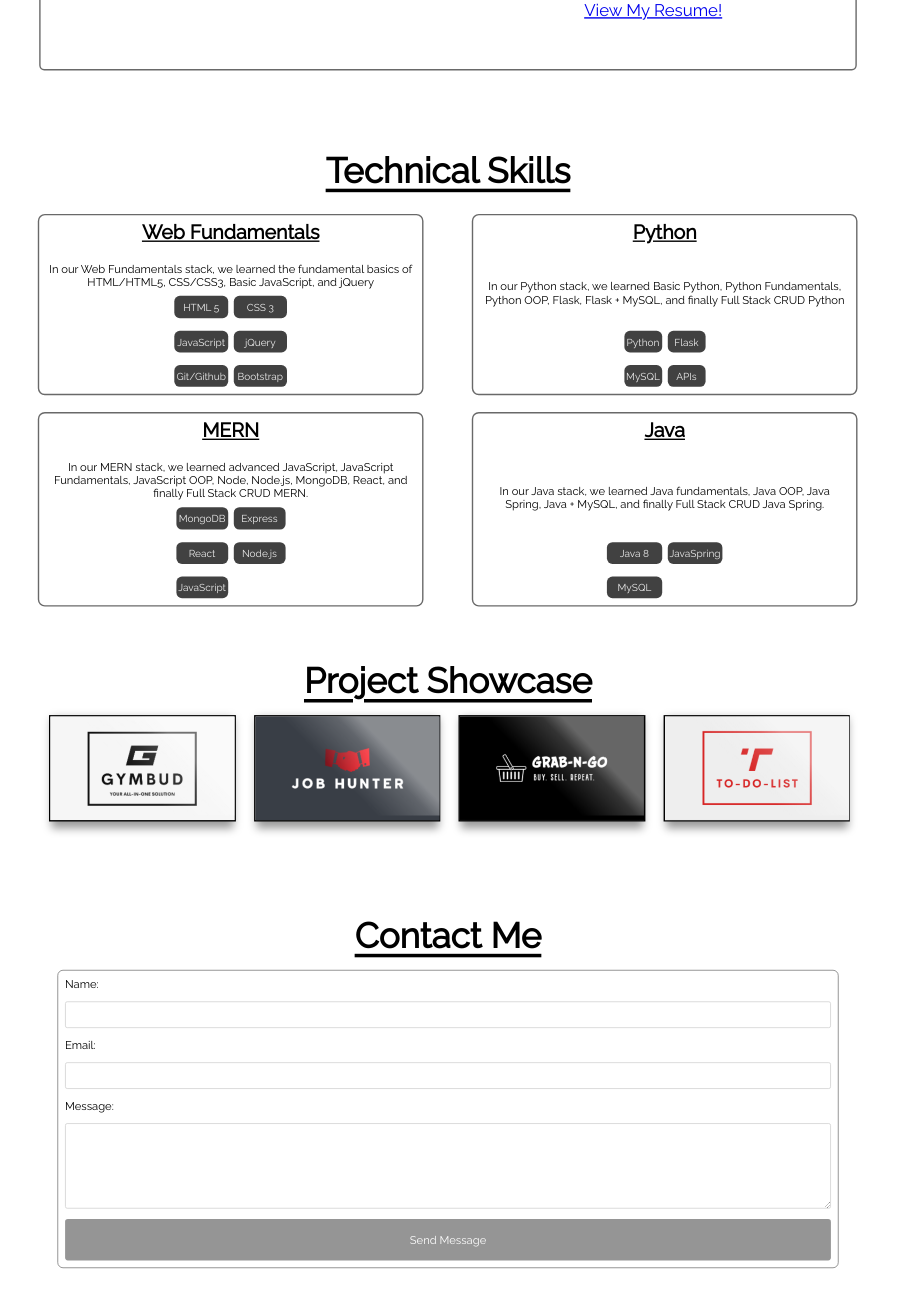
Repository: RICHIE-YIN/Personal-Portfolio
Page: index.html
An editor plug-in stored every save of this project. The page is shown before and after the next save, followed by the edit.
The browser window is 1280 px wide. The page is 1280 px wide, then 1320 px, so the pictures cover 1320 px, including what lies to the right of the window. The pictures show the part of the page from y = 2351 to 4231 px (the page is 4220 px tall before and 4231 px after), at 70% of full size.
Some web fonts or font styles are not loaded; a fallback is used.

Above is the page before, as saved 2023-06-12 17:44:45.
Console error: ReferenceError: $ is not defined

After the next save:
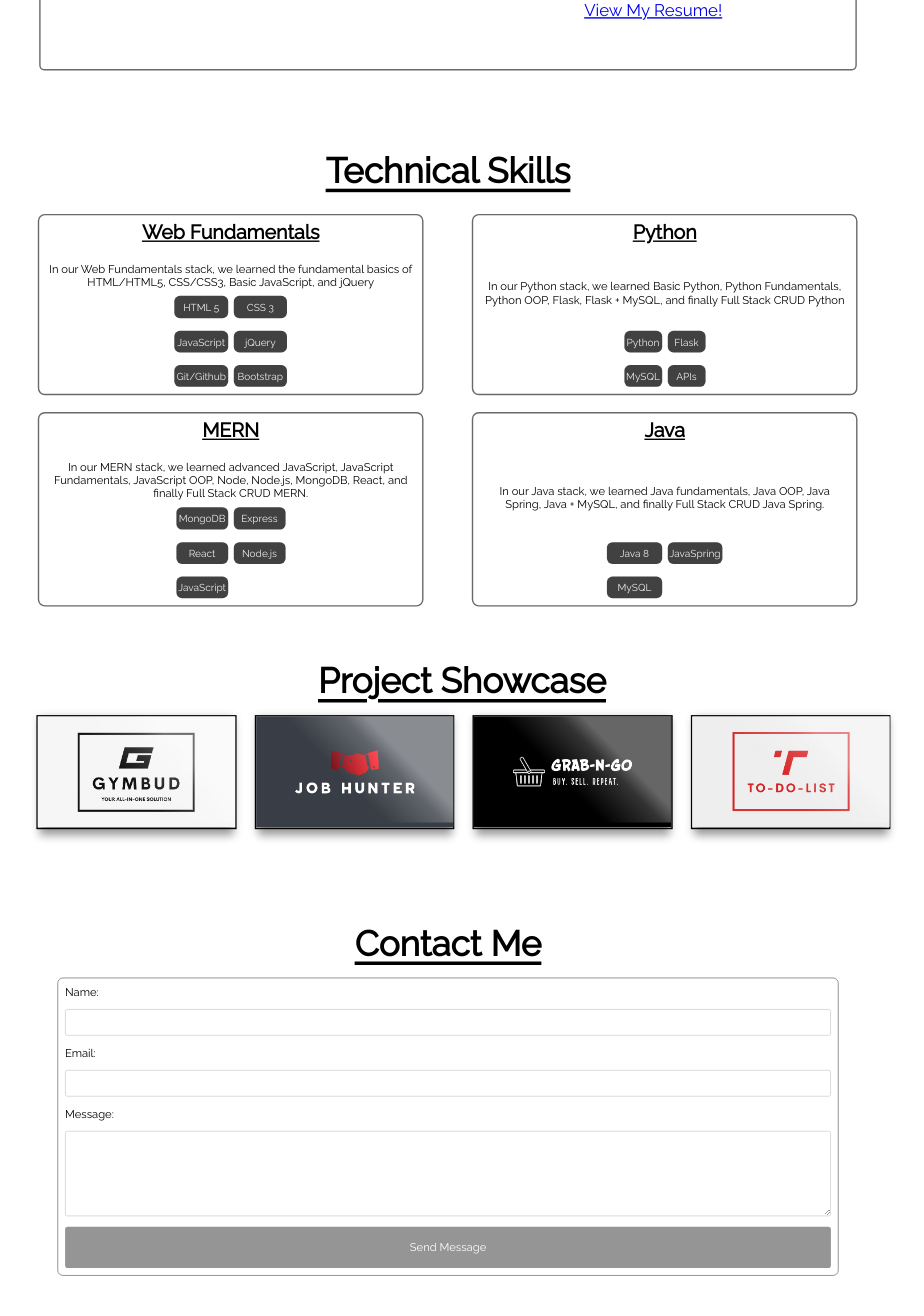
Saved 6 s later.
--- a/styles.css
+++ b/styles.css
@@ -369,7 +369,7 @@ display: none;
     margin: 0 auto; /* Center the section horizontally */
     padding: 20px; /* Add padding to give some space */
     width: 100%; /* Control the width of the section */
-    max-width: 1200px;
+    /* max-width: 1200px;  */
 }
 
 .l-container {
